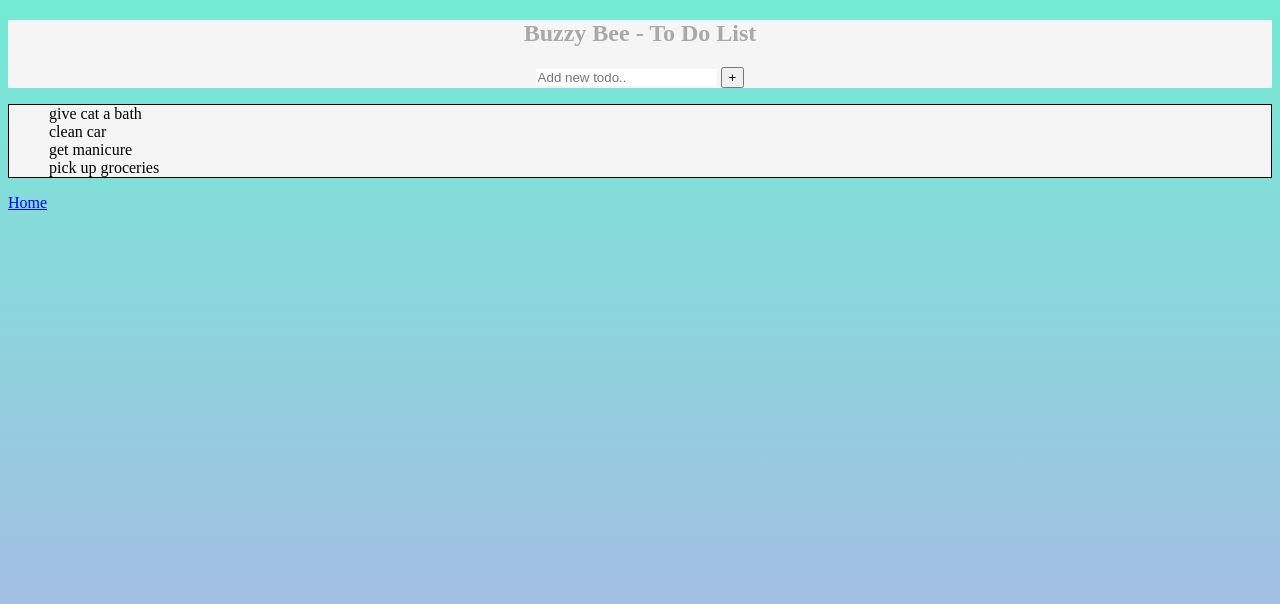
Repository: seleniadelgado/backend-spring2020-angie
Page: projects/todo/public_html/index.html
The author's editor kept a copy of each file at every save. The page is drawn from the files as they stood at one save, then again after the next save.
The browser window is 1280 px wide. The pictures show the whole page.
The page's requests for data from a server got no answer.

Above is the page before, as saved 2020-05-12 16:02:17.

After the next save:
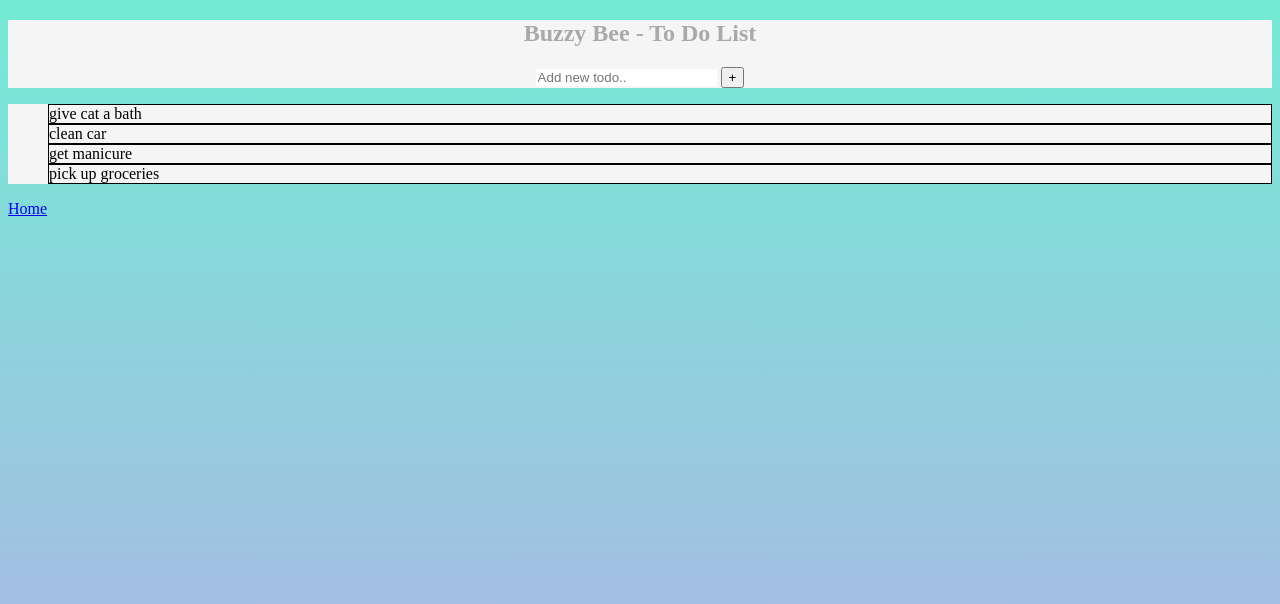
Saved 32 s later.
--- a/projects/todo/public_html/styles.css
+++ b/projects/todo/public_html/styles.css
@@ -17,5 +17,8 @@ html {
 #myList {
     list-style: none;
     background-color: whitesmoke;
+
+}
+#myList li {
     border: solid black 1px;
 }
